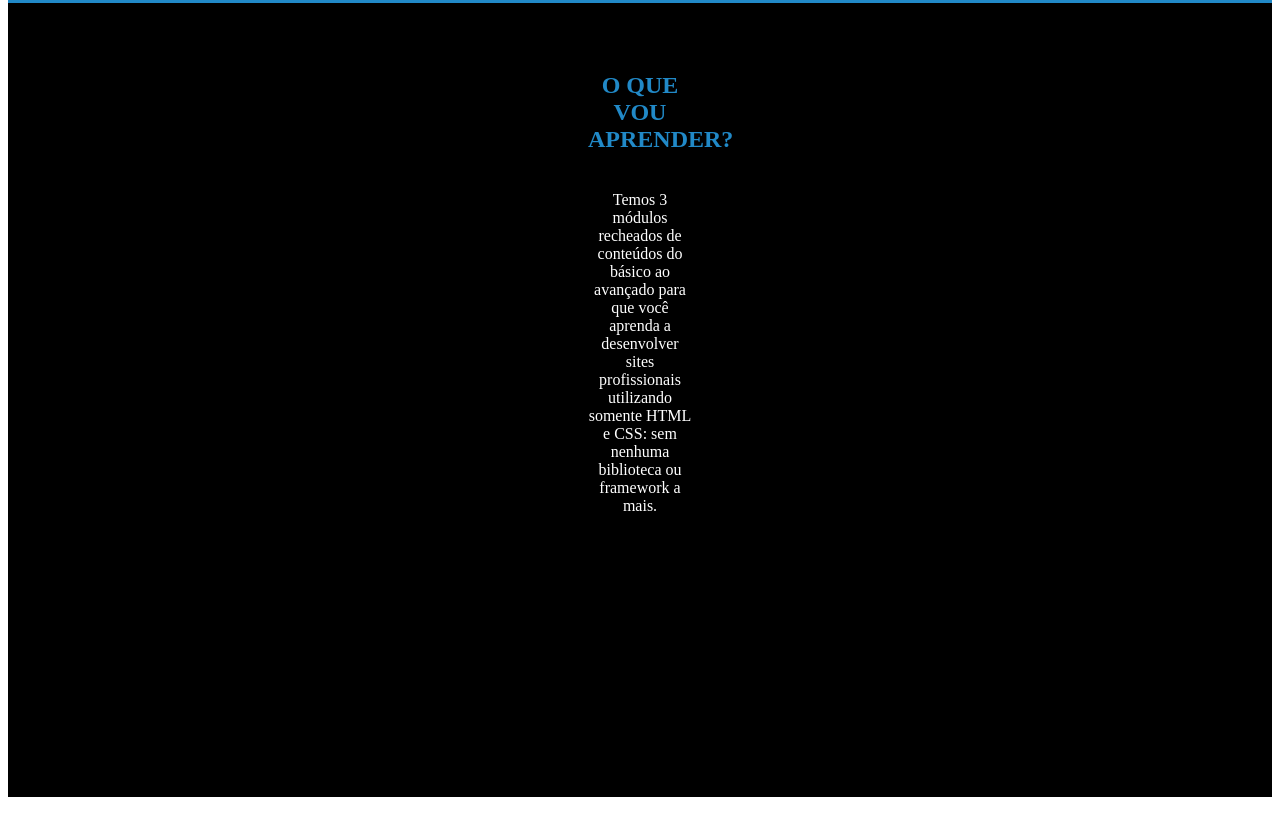
Repository: gustavotwist/trilha-css-desafio-01
Page: index.html
The author's editor kept a copy of each file at every save. The page is drawn from the files as they stood at one save, then again after the next save.
The browser window is 1280 px wide. The pictures show the part of the page from y = 449 to 1280 px (the page is 2127 px tall before and 2181 px after).
A picture or video elsewhere on the page could not be fetched, so the positions and the page height are approximate.

Above is the page before, as saved 2024-07-15 18:40:41.

### index.html
<!DOCTYPE html>
<html lang="en">
<head>
  <meta charset="UTF-8">
  <meta http-equiv="X-UA-Compatible" content="IE=edge">
  <meta name="viewport" content="width=device-width, initial-scale=1.0">
  <title>Trilha de CSS - DIO</title>
  <link rel="stylesheet" href="global.css">
</head>
<body>
  <header class="banner">
    <div class="banner-content">
      <div class="logo">
        <img src="assets/images/logo.png" title="Logotipo Trilha de CSS DIO" alt="Logotipo Trilha de CSS DIO">
      </div>
      <h1>Trilha de CSS da DIO</h1>
      <p>A nova Trilha de CSS da DIO está disponível. Acesse já e aprenda do zero como desenvolver sites profissionais.</p>
      <button>Quero me inscrever</button>
    </div>
  </header>
  <main>
    <section id="course-content">
      <h2>O que vou aprender?</h2>
      <p>
        Temos 3 módulos recheados de conteúdos do básico ao avançado para que você aprenda a
        desenvolver sites profissionais utilizando somente HTML e CSS: sem nenhuma biblioteca ou framework a mais.
      </p>
      <div class="modules-list">
        <div class="module">
          <span>Módulo 01:</span> primeiros passos com CSS
        </div>
        <div class="module">
          <span>Módulo 02:</span> trabalhando com layouts no CSS
        </div>
        <div class="module">
          <span>Módulo 03:</span> refinando os estilos CSS das nossas páginas
        </div>
      </div>
    </section>
    <section id="transform-world">
      <p>TRANSFORME O MUNDO COM A GENTE</p>
    </section>
    <section id="professional-challenges">
      <h2>Evolua e encare novos desafios profissionais</h2>
      <img src="assets/images/professional-challenges.png" title="Homem lendo depoimentos em um tablet" alt="Homem lendo depoimentos em um tablet">
      <p>
        Junte-se ao nosso ecossistema e transforme o mundo com a gente! Todos os dias dezenas de empresas
        acessam a nossa plataforma em busca dos talentos mais criativos, dinâmicos e colaborativos,
        além do conhecimento técnico.
        A nossa missão é te preparar para que você conecte-se com as melhores oportunidades.
      </p>
    </section>
  </main>
  <footer>
    <img class="dio-logo" src="assets/images/dio-logo.png" title="Logotipo DIO com o texto make the change" alt="Logotipo DIO com o texto make the change">
    <p>Acesse <a href="https://dio.me">dio.me</a> e se cadastre agora</p>
  </footer>
</body>
</html>

### global.css
.banner {
    background:url('/assets/images/banner.png'), no-repeat, linear-gradient(to bottom, #030709, #030709 10%, #0a1b23 50%, #030709 95%);
    color:white;
}

h1, h2 {
    color:#2189c7;
    text-transform:uppercase;
}

.banner-content {
    text-align:center;
    padding:70px;
    margin-bottom:30px;
}

.logo img{
    width:180px;
    radial-gradient(#030709, #061216);
}

button {
   background-color:transparent;
   color:#2189c7;
   border:solid #2189c7;
   padding:1em;
   width:22em;
   text-transform:uppercase;
   word-spacing:2px;
}

#course-content{
    border-top: solid  #2189c7;
    margin-top: -30px;
    padding:50px 580px;
    text-align:center;
    background-color:#000000;
}

section p{
    color: white;
    white-space:pre-line;
}


.modules-list {

}

After the next save:
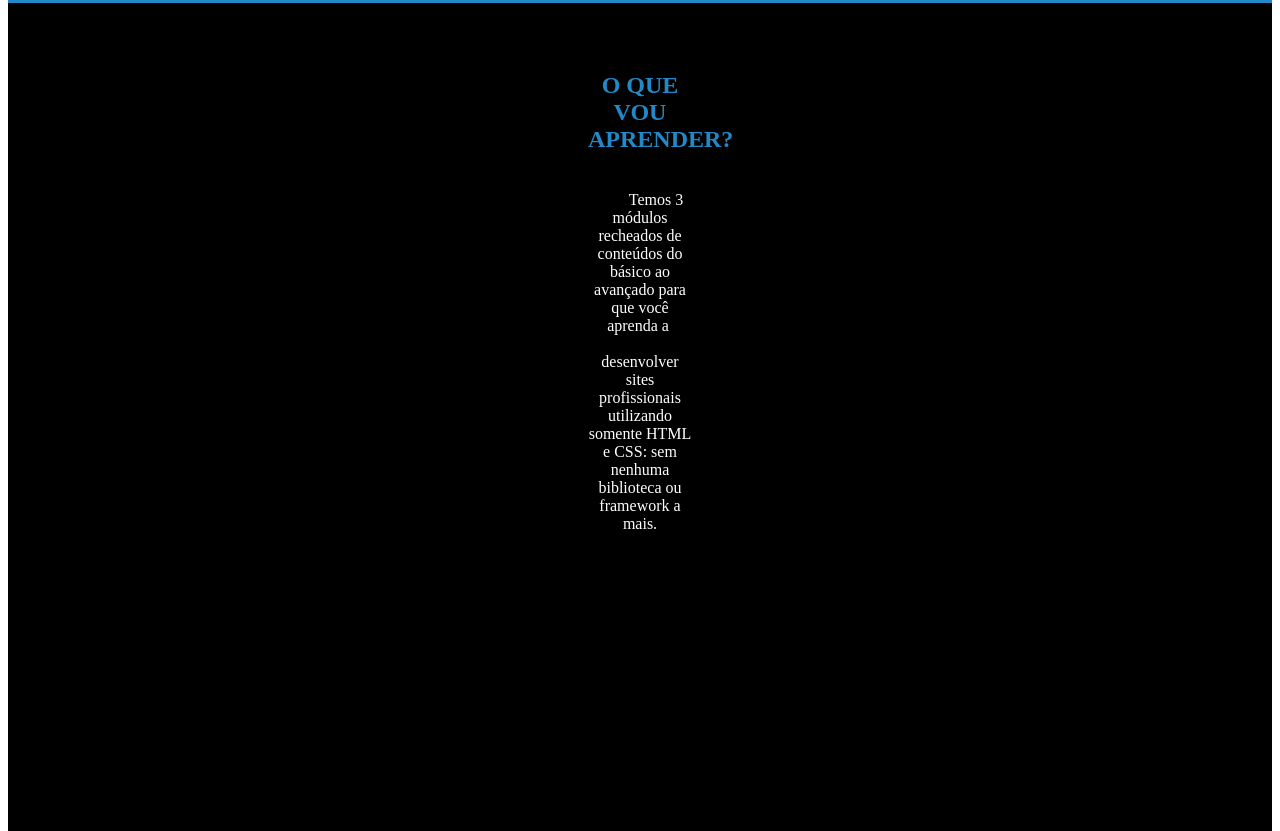
Saved 18 s later.
--- a/global.css
+++ b/global.css
@@ -39,7 +39,7 @@ button {
 
 section p{
     color: white;
-    white-space:pre-line;
+    white-space:pre-wrap;
 }
 
 
